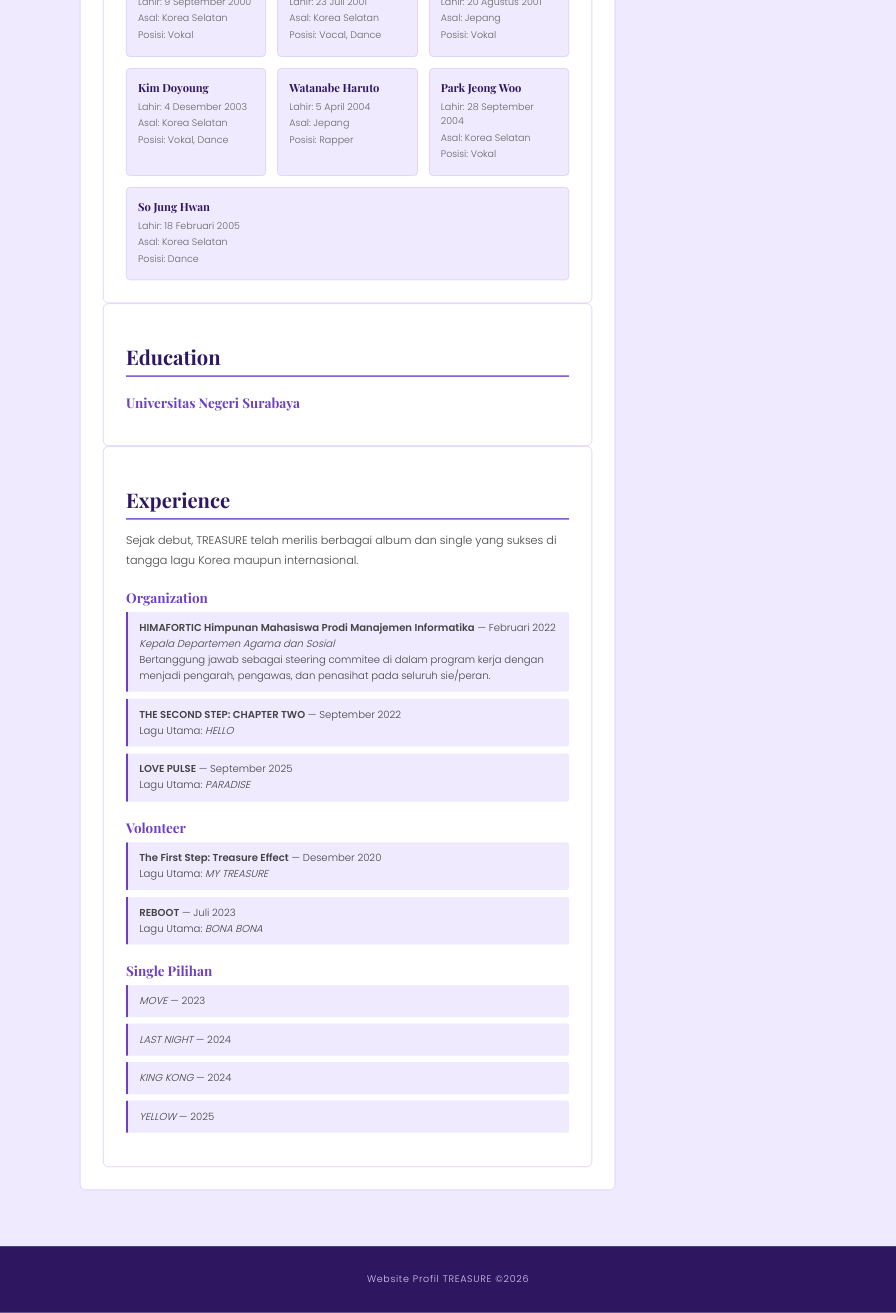
Repository: VergiMutiaRahmasyani/Website-Portofolio
Page: index.html
The author's editor kept a copy of each file at every save. The page is drawn from the files as they stood at one save, then again after the next save.
The browser window is 1280 px wide. The pictures show the part of the page from y = 1216 to 3136 px (the page is 3091 px tall before and 3136 px after), at 70% of full size.

Above is the page before, as saved 2026-03-07 11:50:43.

### index.html
<!DOCTYPE html>
<html>
    <head>
        <meta charset="utf-8" />
        <meta name="viewport" content="width=device-width, initial-scale=1.0" />
        <title>Portofolio Vergi</title>

        <!-- My Own CSS -->
        <link rel="stylesheet" href="css/style.css" />

        <!-- Google Fonts -->
        <link rel="preconnect" href="https://fonts.googleapis.com">
        <link rel="preconnect" href="https://fonts.gstatic.com" crossorigin>
        <link href="https://fonts.googleapis.com/css2?family=Playfair+Display:wght@400;700&family=Poppins:wght@300;400;600&display=swap" rel="stylesheet">
    </head>

    <body>

        <!-- HEADER -->
        <header class="site-header">

            <!-- NAVBAR -->
            <div class="navbar">
                <nav class="nav-list">
                    <ul>
                        <li><a href="#About">About Me</a></li>
                        <li><a href="#Work">Work</a></li>
                        <li><a href="Project">Project</a></li>
                        <li><a href="#Education">Education</a></li>
                        <li><a href="Organization">Organization</a></li>
                        <li><a href="https://drive.google.com/file/d/13-ep7ykiG-k7d2KfzBZSPx55XoqW1qHe/view?usp=sharing" target="_blank"> Resume</a></li>
                    </ul>
                </nav>
            </div>

            <div class="hero">
                <div class="hero-overlay">
                    <h1>Welcome, <br> To My Portofolio!</h1>
                </div>
            </div>

        </header>

        <!-- MAIN -->
        <main>
            <div class="content-wrapper">
                <div id="content">
                    <article id="About">
                        <h2>About Me</h2>
                        <p>
                            Saya seorang mahasiswa semester 6 Program Studi Manajemen Informatika di Universitas yang memiliki rasa
                            ingin tahu dan semangat yang besar. Dengan memiliki peminatan pada UI/UX Design dan Web Development,
                            saya telah berpengalaman dalam menciptakan solusi digital yang user-friendly dan berdampak. Melalui
                            kombinasi hard skills dan soft skills yang saya miliki, saya siap untuk beradaptasi dan memberikan kontribusi
                            nyata pada setiap proyek yang dijalankan.
                        </p>


                    <article id="Project">
                        <h2>Featured Project</h2>
                        <p>
                            TREASURE saat ini memiliki 10 anggota aktif. Berikut adalah profil singkat masing-masing member.
                        </p>

                        <div class="member-list">
                            <div class="member-card">
                                <h3>Choi Hyun Suk</h3>
                                <p>Lahir: 21 April 1999</p>
                                <p>Asal: Korea Selatan</p>
                                <p>Posisi: Rapper</p>
                            </div>
                            <div class="member-card">
                                <h3>Park Jihoon</h3>
                                <p>Lahir: 14 Maret 2000</p>
                                <p>Asal: Korea Selatan</p>
                                <p>Posisi: Vokal, Dance</p>
                            </div>
                            <div class="member-card">
                                <h3>Yoshinori</h3>
                                <p>Lahir: 15 Mei 2000</p>
                                <p>Asal: Jepang</p>
                                <p>Posisi: Rapper</p>
                            </div>
                            <div class="member-card">
                                <h3>Kim Junkyu</h3>
                                <p>Lahir: 9 September 2000</p>
                                <p>Asal: Korea Selatan</p>
                                <p>Posisi: Vokal</p>
                            </div>
                            <div class="member-card">
                                <h3>Yoon Jae Hyuk</h3>
                                <p>Lahir: 23 Juli 2001</p>
                                <p>Asal: Korea Selatan</p>
                                <p>Posisi: Vocal, Dance</p>
                            </div>
                            <div class="member-card">
                                <h3>Hamada Asahi</h3>
                                <p>Lahir: 20 Agustus 2001</p>
                                <p>Asal: Jepang</p>
                                <p>Posisi: Vokal</p>
                            </div>
                            <div class="member-card">
                                <h3>Kim Doyoung</h3>
                                <p>Lahir: 4 Desember 2003</p>
                                <p>Asal: Korea Selatan</p>
                                <p>Posisi: Vokal, Dance</p>
                            </div>
                            <div class="member-card">
                                <h3>Watanabe Haruto</h3>
                                <p>Lahir: 5 April 2004</p>
                                <p>Asal: Jepang</p>
                                <p>Posisi: Rapper</p>
                            </div>
                            <div class="member-card">
                                <h3>Park Jeong Woo</h3>
                                <p>Lahir: 28 September 2004</p>
                                <p>Asal: Korea Selatan</p>
                                <p>Posisi: Vokal</p>
                            </div>
                            <div class="member-card">
                                <h3>So Jung Hwan</h3>
                                <p>Lahir: 18 Februari 2005</p>
                                <p>Asal: Korea Selatan</p>
                                <p>Posisi: Dance</p>
                            </div>
                        </div>
                    </article>

                    <article >
                        <h2>Education</h2>
                        <h3>Universitas Negeri Surabaya</h3>
                        <p>
                            <strong></strong>
                        </p>
                    </article>

                    <article id="pengalaman">
                        <h2>Experience</h2>
                        <p>
                            Sejak debut, TREASURE telah merilis berbagai album dan single yang sukses di tangga lagu Korea maupun internasional.
                        </p>

                        <h3> Organization </h3>
                        <ul class="pengalaman-list">
                            <li>
                                <strong>HIMAFORTIC Himpunan Mahasiswa Prodi Manajemen Informatika</strong> — Februari 2022
                                <br><em>Kepala Departemen Agama dan Sosial</em>
                                <br>Bertanggung jawab sebagai steering commitee di dalam program kerja dengan menjadi pengarah,
                                pengawas, dan penasihat  pada seluruh sie/peran.
                            </li>
                            <li>
                                <strong>THE SECOND STEP: CHAPTER TWO</strong> — September 2022
                                <br>Lagu Utama: <em>HELLO</em>
                            </li>
                            <li>
                                <strong>LOVE PULSE</strong> — September 2025
                                <br>Lagu Utama: <em>PARADISE</em>
                            </li>
                        </ul>

                        <h3>Volonteer</h3>
                        <ul class="pengalaman-list">
                            <li>
                                <strong>The First Step: Treasure Effect</strong> — Desember 2020
                                <br>Lagu Utama: <em>MY TREASURE</em>
                            </li>
                            <li>
                                <strong>REBOOT</strong> — Juli 2023
                                <br>Lagu Utama: <em>BONA BONA</em>
                            </li>
                        </ul>

                        <h3>Single Pilihan</h3>
                        <ul class="pengalaman-list">
                            <li><em>MOVE</em> — 2023</li>
                            <li><em>LAST NIGHT</em> — 2024</li>
                            <li><em>KING KONG</em> — 2024</li>
                            <li><em>YELLOW</em> — 2025</li>
                        </ul>
                    </article>

                </div>

                <!-- ASIDE -->
                <aside>
                    <div class="aside-inner">
                        <h3>Info Singkat</h3>
                        <img src="https://assets.promediateknologi.id/crop/102x655:921x1098/750x0/webp/photo/2023/07/03/F0HwG4daEAE8TSh-2407782942.jpg" alt="Logo TREASURE" class="aside-img" />
                        <ul class="aside-info">
                            <li><strong>Debut:</strong> 7 Agustus 2020</li>
                            <li><strong>Agensi:</strong> YG Entertainment</li>
                            <li><strong>Member:</strong> 10 orang</li>
                            <li><strong>Fandom:</strong> TREASURE MAKER</li>
                            <li><strong>Genre:</strong> K-Pop, Hip-Hop, R&B</li>
                        </ul>

                        <h3>Media Sosial</h3>
                        <ul class="aside-social">
                            <li><a href="https://www.instagram.com/yg_treasure_official/" target="_blank">Instagram</a></li>
                            <li><a href="https://www.youtube.com/@TREASURE" target="_blank">Youtube</a></li>
                            <li><a href="https://tiktok.com/@yg_treasure_tiktok" target="_blank">Tiktok</a></li>
                        </ul>
                    </div>
                </aside>
            </div>

        </main>

        <!-- FOOTER -->
        <footer>
            <p>Website Profil TREASURE &copy;2026 </p>
        </footer>

    </body>
</html>

### css/style.css
*,
*::before,
*::after {
    box-sizing: border-box;
}

/* =====================
   PALET WARNA UNGU
   --ungu-gelap   : #2e1760  (navbar, footer)
   --ungu-utama   : #6c3fc5  (aksen utama)
   --ungu-sedang  : #9b6ee0  (hover, border)
   --ungu-muda    : #d8c8f5  (border ringan)
   --ungu-pucat   : #f0eaff  (background halaman)
   ===================== */

body {
    font-family: 'Poppins', sans-serif;
    font-weight: 300;
    background-color: #f0eaff;
    color: #1a1a1a;
    margin: 0;
}


/* =====================
   HEADER
   ===================== */

header.site-header {
    background-color: #2e1760;
    color: white;
}

/* NAVBAR */
header.site-header .navbar {
    padding: 1rem 2rem;
    position: fixed;
    top: 0;
    left: 0;
    right: 0;
    width: 100%;
    z-index: 999;
    background-color: #2e1760;
}

header.site-header .nav-list ul {
    list-style: none;
    padding: 0;
    margin: 0;

    display: flex;
    justify-content: center;
    gap: 2rem;
}

header.site-header .nav-list li a {
    text-decoration: none;
    color: #d8c8f5;
    font-size: 0.9rem;
    font-weight: 400;
    letter-spacing: 1px;
    transition: color 0.2s ease;
}

header.site-header .nav-list li a:hover {
    color: white;
}

/* HERO */
header.site-header .hero {
    position: relative;
    width: 100%;
    height: 420px;
    overflow: hidden;
    margin-top: 57px;
}

header.site-header .hero .hero-img {
    width: 100%;
    height: 100%;
    object-fit: cover;
    object-position: top;
    opacity: 0.4;
    display: block;
}

header.site-header .hero .hero-overlay {
    position: absolute;
    inset: 0;

    display: flex;
    align-items: center;
    justify-content: center;
}

header.site-header .hero .hero-overlay h1 {
    font-family: 'Playfair Display', serif;
    font-size: 5rem;
    letter-spacing: 10px;
    color: white;
    margin: 0;
    text-align: center;
}


/* =====================
   MAIN & LAYOUT
   ===================== */

main {
    max-width: 1100px;
    margin-inline: auto;
    padding: 2rem 1.5rem;
}

.content-wrapper {
    display: flex;
    gap: 2rem;
    align-items: flex-start;
}

#content {
    flex: 3;

    display: flex;
    flex-direction: column;
    gap: 2rem;
}


/* =====================
   ARTICLE
   ===================== */

article {
    background-color: white;
    border: 1px solid #d8c8f5;
    border-radius: 8px;
    padding: 2rem;
}

article h2 {
    font-family: 'Playfair Display', serif;
    font-size: 1.8rem;
    margin-bottom: 1rem;
    padding-bottom: 0.5rem;
    border-bottom: 2px solid #6c3fc5;
    color: #2e1760;
}

article h3 {
    font-family: 'Playfair Display', serif;
    font-size: 1.2rem;
    margin-top: 1.5rem;
    margin-bottom: 0.5rem;
    color: #6c3fc5;
}

article p {
    line-height: 1.8;
    margin-bottom: 1rem;
    color: #444;
}


/* =====================
   TABEL INFO
   ===================== */

.info-table {
    width: 100%;
    border-collapse: collapse;
    margin-top: 1.5rem;
}

.info-table th,
.info-table td {
    padding: 0.6rem 1rem;
    text-align: left;
    border-bottom: 1px solid #d8c8f5;
    font-size: 0.95rem;
}

.info-table th {
    width: 35%;
    font-weight: 600;
    color: #2e1760;
    background-color: #f0eaff;
}

.info-table td {
    color: #444;
}


/* =====================
   MEMBER CARDS
   ===================== */

.member-list {
    display: flex;
    flex-wrap: wrap;
    gap: 1rem;
    margin-top: 1rem;
}

.member-card {
    flex: 1 1 160px;
    background-color: #f0eaff;
    border: 1px solid #d8c8f5;
    border-radius: 6px;
    padding: 1rem;
}

.member-card h3 {
    font-size: 1rem;
    margin-top: 0;
    margin-bottom: 0.5rem;
    color: #2e1760;
}

.member-card p {
    font-size: 0.85rem;
    color: #666;
    margin: 0.2rem 0;
    line-height: 1.5;
}


/* =====================
   ALBUM LIST
   ===================== */

.pengalaman-list {
    list-style: none;
    padding: 0;
    margin: 0.5rem 0 1rem 0;

    display: flex;
    flex-direction: column;
    gap: 0.6rem;
}

.pengalaman-list li {
    padding: 0.7rem 1rem;
    background-color: #f0eaff;
    border-left: 3px solid #6c3fc5;
    border-radius: 0 4px 4px 0;
    font-size: 0.9rem;
    color: #444;
    line-height: 1.6;
}


/* =====================
   ASIDE
   ===================== */

aside {
    flex: 1;
    position: sticky;
    top: 80px;
}

aside .aside-inner {
    background-color: white;
    border: 1px solid #d8c8f5;
    border-radius: 8px;
    padding: 1.5rem;
}

aside h3 {
    font-family: 'Playfair Display', serif;
    font-size: 1.1rem;
    margin-top: 1.2rem;
    margin-bottom: 0.8rem;
    padding-bottom: 0.4rem;
    border-bottom: 1px solid #d8c8f5;
    color: #2e1760;
}

aside h3:first-child {
    margin-top: 0;
}

.aside-img {
    width: 100%;
    max-width: 250px;
    height: 200px;
    object-fit: cover;
    object-position: top;
    display: block;
    margin: 0.5rem auto 1rem auto;
    border-radius: 6px;
}

.aside-info {
    list-style: none;
    padding: 0;
    margin: 0;

    display: flex;
    flex-direction: column;
    gap: 0.4rem;
}

.aside-info li {
    font-size: 0.85rem;
    color: #444;
    line-height: 1.6;
}

.aside-social {
    list-style: none;
    padding: 0;
    margin: 0;

    display: flex;
    flex-direction: column;
    gap: 0.5rem;
}

.aside-social li a {
    display: block;
    text-align: center;
    padding: 0.5rem;
    background-color: #6c3fc5;
    color: white;
    text-decoration: none;
    border-radius: 4px;
    font-size: 0.85rem;
    letter-spacing: 1px;
    transition: background-color 0.2s ease;
}

.aside-social li a:hover {
    background-color: #9b6ee0;
}


/* =====================
   FOOTER
   ===================== */

footer {
    background-color: #2e1760;
    color: #d8c8f5;
    text-align: center;
    padding: 1.5rem;
    margin-top: 3rem;
    font-size: 0.85rem;
    letter-spacing: 1px;
}


/* =====================
   RESPONSIVE
   ===================== */

@media screen and (max-width: 768px) {
    header.site-header .nav-list ul {
        flex-wrap: wrap;
        justify-content: center;
        gap: 0.8rem;
    }

    .content-wrapper {
        flex-direction: column;
    }

    aside {
        position: static;
        width: 100%;
    }

    .member-card {
        flex: 1 1 130px;
    }
}

After the next save:
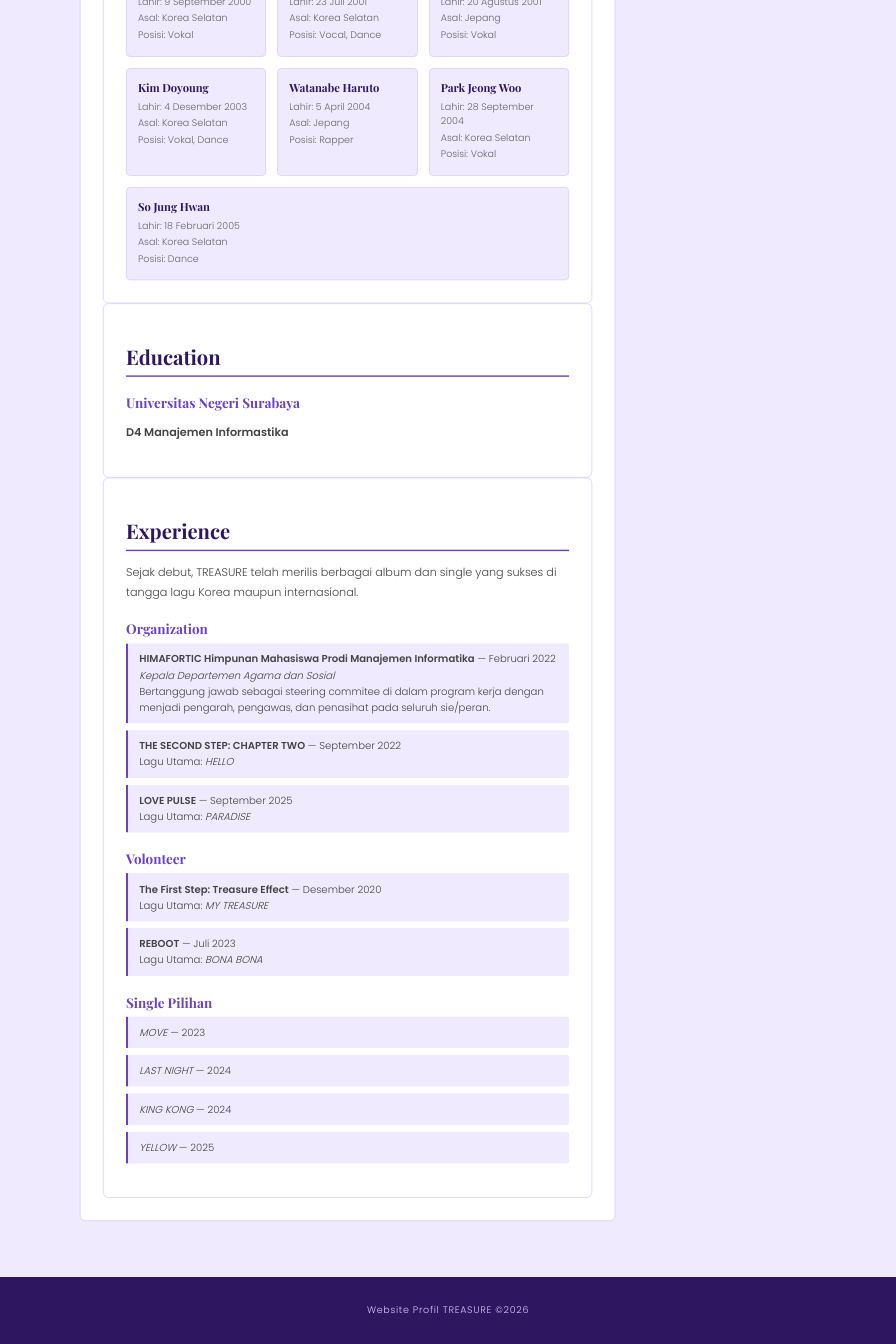
Saved 12 s later.
--- a/index.html
+++ b/index.html
@@ -130,7 +130,7 @@
                         <h2>Education</h2>
                         <h3>Universitas Negeri Surabaya</h3>
                         <p>
-                            <strong></strong>
+                            <strong>D4 Manajemen Informastika</strong>
                         </p>
                     </article>
 
